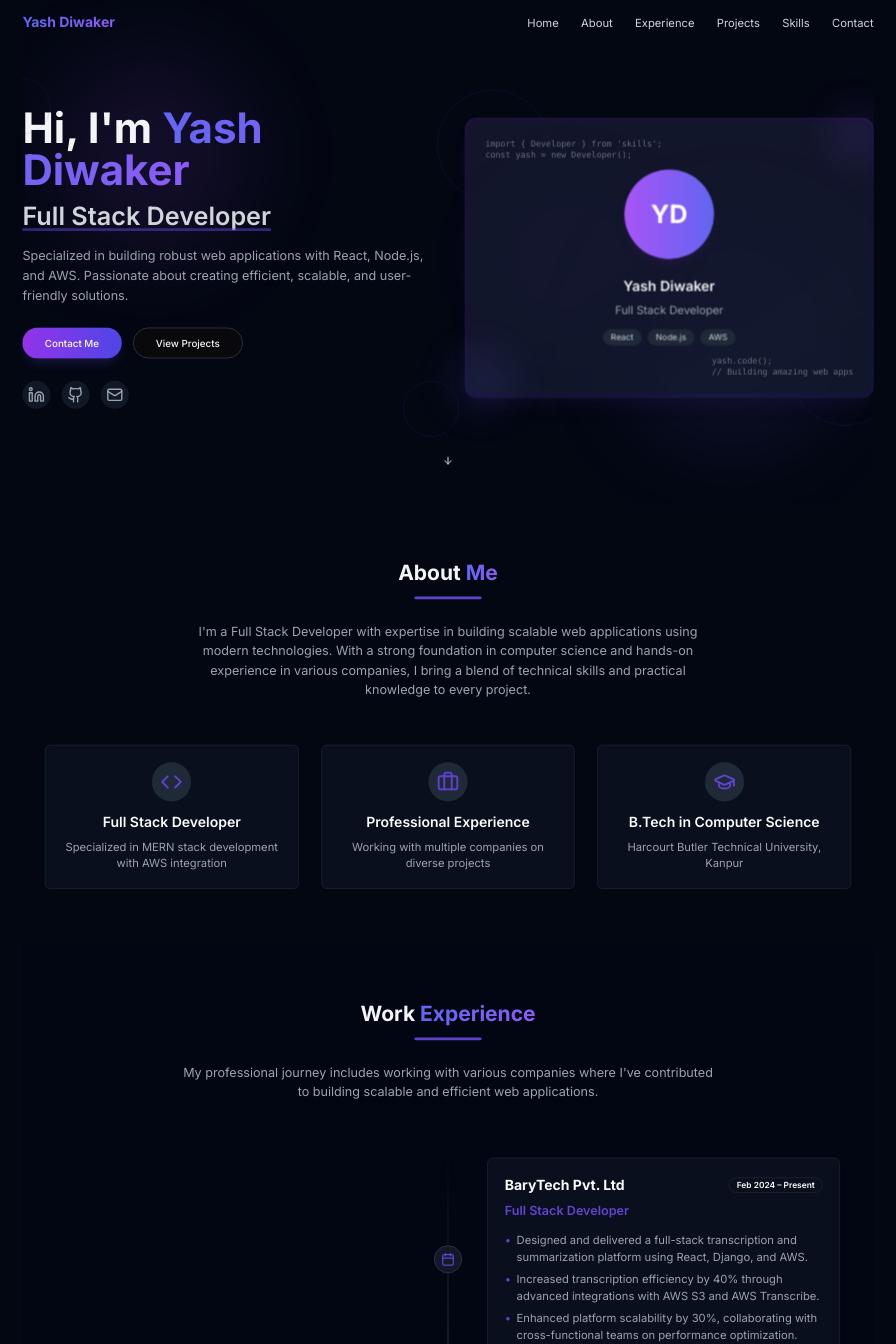
Repository: NoobCoderY/Yash
Page: /
An editor plug-in stored every save of this project. The page is shown before and after the next save, followed by the edit.
The browser window is 1280 px wide. The pictures show the part of the page from y = 0 to 1920 px (the page is 7222 px tall), at 70% of full size.
The project was rebuilt for these pictures with package versions that can differ from the ones it lists, and the page was loaded fresh each time. The framework's server and built-in components were replaced by stand-ins that run in the browser. Also part of the build but not shown: next.config.mjs.

Above is the page before, as saved 2025-04-13 01:55:23.

### app/layout.tsx
import type React from "react"
import "./globals.css"
import type { Metadata } from "next"
import { Inter } from "next/font/google"
import { ThemeProvider } from "@/components/theme-provider"

const inter = Inter({ subsets: ["latin"] })

export const metadata: Metadata = {
  title: "Yash Diwaker | Full Stack Developer",
  description: "Portfolio of Yash Diwaker, Full Stack Developer specializing in MERN stack and AWS",
    generator: 'v0.dev'
}

export default function RootLayout({
  children,
}: Readonly<{
  children: React.ReactNode
}>) {
  return (
    <html lang="en" suppressHydrationWarning>
      <body className={inter.className}>
        <ThemeProvider attribute="class" defaultTheme="dark" enableSystem disableTransitionOnChange>
          {children}
        </ThemeProvider>
      </body>
    </html>
  )
}


import './globals.css'

### app/page.tsx
import Hero from "@/components/hero"
import Navbar from "@/components/navbar"
import About from "@/components/about"
import Experience from "@/components/experience"
import Projects from "@/components/projects"
import Skills from "@/components/skills"
import Contact from "@/components/contact"
import Footer from "@/components/footer"

export default function Home() {
  return (
    <div className="min-h-screen bg-gray-950 text-gray-100">
      <Navbar />
      <main className="container mx-auto px-4 sm:px-6 lg:px-8">
        <Hero />
        <About />
        <Experience />
        <Projects />
        <Skills />
        <Contact />
      </main>
      <Footer />
    </div>
  )
}

### app/globals.css
@tailwind base;
@tailwind components;
@tailwind utilities;

@layer base {
  :root {
    --background: 0 0% 100%;
    --foreground: 240 10% 3.9%;
    --card: 0 0% 100%;
    --card-foreground: 240 10% 3.9%;
    --popover: 0 0% 100%;
    --popover-foreground: 240 10% 3.9%;
    --primary: 252 59% 48%;
    --primary-foreground: 0 0% 98%;
    --secondary: 240 4.8% 95.9%;
    --secondary-foreground: 240 5.9% 10%;
    --muted: 240 4.8% 95.9%;
    --muted-foreground: 240 3.8% 46.1%;
    --accent: 240 4.8% 95.9%;
    --accent-foreground: 240 5.9% 10%;
    --destructive: 0 84.2% 60.2%;
    --destructive-foreground: 0 0% 98%;
    --border: 240 5.9% 90%;
    --input: 240 5.9% 90%;
    --ring: 252 59% 48%;
    --radius: 0.5rem;
  }

  .dark {
    --background: 240 10% 3.9%;
    --foreground: 0 0% 98%;
    --card: 240 10% 3.9%;
    --card-foreground: 0 0% 98%;
    --popover: 240 10% 3.9%;
    --popover-foreground: 0 0% 98%;
    --primary: 252 59% 54%;
    --primary-foreground: 0 0% 98%;
    --secondary: 240 3.7% 15.9%;
    --secondary-foreground: 0 0% 98%;
    --muted: 240 3.7% 15.9%;
    --muted-foreground: 240 5% 64.9%;
    --accent: 240 3.7% 15.9%;
    --accent-foreground: 0 0% 98%;
    --destructive: 0 62.8% 30.6%;
    --destructive-foreground: 0 0% 98%;
    --border: 240 3.7% 15.9%;
    --input: 240 3.7% 15.9%;
    --ring: 252 59% 54%;
  }
}

@layer base {
  * {
    @apply border-border;
  }
  body {
    @apply bg-background text-foreground;
    font-feature-settings: "rlig" 1, "calt" 1;
  }
}

.animate-slide-up {
  animation: slideUp 0.6s ease-out forwards;
  opacity: 0;
}

@keyframes slideUp {
  from {
    transform: translateY(30px);
    opacity: 0;
  }
  to {
    transform: translateY(0);
    opacity: 1;
  }
}

.animate-fade-in {
  animation: fadeIn 0.8s ease-out forwards;
  opacity: 0;
}

@keyframes fadeIn {
  from {
    opacity: 0;
  }
  to {
    opacity: 1;
  }
}

.animate-slide-in-right {
  animation: slideInRight 0.6s ease-out forwards;
  opacity: 0;
}

@keyframes slideInRight {
  from {
    transform: translateX(30px);
    opacity: 0;
  }
  to {
    transform: translateX(0);
    opacity: 1;
  }
}

.animate-pulse-slow {
  animation: pulseSlow 3s infinite;
}

@keyframes pulseSlow {
  0%,
  100% {
    opacity: 1;
  }
  50% {
    opacity: 0.7;
  }
}

.animate-float {
  animation: float 3s ease-in-out infinite;
}

@keyframes float {
  0%,
  100% {
    transform: translateY(0);
  }
  50% {
    transform: translateY(-10px);
  }
}

.gradient-text {
  background: linear-gradient(90deg, #6366f1, #8b5cf6);
  -webkit-background-clip: text;
  -webkit-text-fill-color: transparent;
  background-clip: text;
}

### components/hero.tsx
"use client"

import { Button } from "@/components/ui/button"
import { motion } from "framer-motion"
import { ArrowDown, Github, Linkedin, Mail } from "lucide-react"
import Link from "next/link"

export default function Hero() {
  return (
    <section id="home" className="min-h-screen flex flex-col justify-center pt-16 pb-12 relative overflow-hidden">
      {/* Background elements */}
      <div className="absolute top-20 left-10 w-72 h-72 bg-purple-500/10 rounded-full blur-3xl"></div>
      <div className="absolute bottom-20 right-10 w-80 h-80 bg-indigo-500/10 rounded-full blur-3xl"></div>
      <div className="absolute top-1/3 right-1/4 w-64 h-64 bg-primary/5 rounded-full blur-2xl"></div>

      <div className="grid grid-cols-1 lg:grid-cols-2 gap-12 items-center relative z-10">
        <motion.div
          initial={{ opacity: 0, y: 20 }}
          animate={{ opacity: 1, y: 0 }}
          transition={{ duration: 0.6 }}
          className="relative"
        >
          <div className="absolute -top-10 -left-10 w-20 h-20 border border-primary/20 rounded-full"></div>
          <div className="absolute -bottom-10 -right-10 w-20 h-20 border border-primary/20 rounded-full"></div>

          <h1 className="text-4xl sm:text-5xl md:text-6xl font-bold mb-4">
            Hi, I'm <span className="gradient-text">Yash Diwaker</span>
          </h1>
          <h2 className="text-2xl sm:text-3xl md:text-4xl font-semibold mb-6 text-gray-300">
            <span className="relative">
              Full Stack Developer
              <motion.span
                className="absolute bottom-0 left-0 w-full h-1 bg-primary/50"
                initial={{ width: 0 }}
                animate={{ width: "100%" }}
                transition={{ duration: 1, delay: 0.8 }}
              ></motion.span>
            </span>
          </h2>
          <p className="text-lg text-gray-400 mb-8 max-w-xl">
            Specialized in building robust web applications with React, Node.js, and AWS. Passionate about creating
            efficient, scalable, and user-friendly solutions.
          </p>

          <div className="flex flex-wrap gap-4 mb-8">
            <Link href="#contact">
              <Button
                size="lg"
                className="rounded-full bg-gradient-to-r from-purple-600 to-indigo-600 hover:from-purple-700 hover:to-indigo-700 shadow-lg shadow-primary/20"
              >
                Contact Me
              </Button>
            </Link>
            <Link href="#projects">
              <Button variant="outline" size="lg" className="rounded-full border-gray-700 hover:bg-gray-800/50">
                View Projects
              </Button>
            </Link>
          </div>

          <div className="flex space-x-4">
            <Link
              href="https://linkedin.com/in/yashdiwaker"
              target="_blank"
              rel="noopener noreferrer"
              className="text-gray-400 hover:text-primary transition-colors p-2 bg-gray-800/50 rounded-full hover:bg-gray-800 hover:scale-110 transform transition-transform"
            >
              <Linkedin size={24} />
              <span className="sr-only">LinkedIn</span>
            </Link>
            <Link
              href="https://github.com/NoobCoderY"
              target="_blank"
              rel="noopener noreferrer"
              className="text-gray-400 hover:text-primary transition-colors p-2 bg-gray-800/50 rounded-full hover:bg-gray-800 hover:scale-110 transform transition-transform"
            >
              <Github size={24} />
              <span className="sr-only">GitHub</span>
            </Link>
            <Link
              href="mailto:yashdiwaker74@gmail.com"
              className="text-gray-400 hover:text-primary transition-colors p-2 bg-gray-800/50 rounded-full hover:bg-gray-800 hover:scale-110 transform transition-transform"
            >
              <Mail size={24} />
              <span className="sr-only">Email</span>
            </Link>
          </div>
        </motion.div>

        <motion.div
          initial={{ opacity: 0, scale: 0.9 }}
          animate={{ opacity: 1, scale: 1 }}
          transition={{ duration: 0.6, delay: 0.2 }}
          className="relative hidden lg:block"
        >
          <div className="absolute -top-10 -left-10 w-40 h-40 border border-primary/20 rounded-full animate-pulse-slow"></div>
          <div
            className="absolute -bottom-10 -right-10 w-40 h-40 border border-primary/20 rounded-full animate-pulse-slow"
            style={{ animationDelay: "1s" }}
          ></div>

          <div className="w-full h-[400px] rounded-2xl bg-gradient-to-br from-purple-600/20 to-indigo-600/20 backdrop-blur-sm border border-gray-800 p-1 shadow-xl shadow-purple-900/10">
            <div className="w-full h-full rounded-xl bg-gray-900/80 flex items-center justify-center overflow-hidden relative">
              {/* Decorative code elements */}
              <div className="absolute top-6 left-6 text-xs text-gray-500 font-mono">
                <div>import &#123; Developer &#125; from 'skills';</div>
                <div>const yash = new Developer();</div>
              </div>

              <div className="absolute bottom-6 right-6 text-xs text-gray-500 font-mono">
                <div>yash.code();</div>
                <div>// Building amazing web apps</div>
              </div>

              <div className="animate-float">
                <div className="text-center p-8">
                  <div className="w-32 h-32 mx-auto rounded-full bg-gradient-to-r from-purple-500 to-indigo-500 mb-6 flex items-center justify-center text-4xl font-bold text-white shadow-lg shadow-purple-900/20">
                    YD
                  </div>
                  <h3 className="text-xl font-semibold mb-2">Yash Diwaker</h3>
                  <p className="text-gray-400 mb-4">Full Stack Developer</p>
                  <div className="flex justify-center space-x-2">
                    <span className="px-3 py-1 bg-gray-800 rounded-full text-xs text-gray-300">React</span>
                    <span className="px-3 py-1 bg-gray-800 rounded-full text-xs text-gray-300">Node.js</span>
                    <span className="px-3 py-1 bg-gray-800 rounded-full text-xs text-gray-300">AWS</span>
                  </div>
                </div>
              </div>
            </div>
          </div>

          {/* Decorative elements */}
          <div className="absolute -top-4 -right-4 w-20 h-20 bg-purple-500/10 rounded-full blur-xl"></div>
          <div className="absolute -bottom-6 -left-6 w-24 h-24 bg-indigo-500/10 rounded-full blur-xl"></div>
        </motion.div>
      </div>

      <motion.div
        initial={{ opacity: 0 }}
        animate={{ opacity: 1 }}
        transition={{ delay: 1.2, duration: 1 }}
        className="absolute bottom-8 left-1/2 transform -translate-x-1/2 hidden md:block"
      >
        <Link href="#about">
          <Button variant="ghost" size="icon" className="rounded-full animate-bounce" aria-label="Scroll down">
            <ArrowDown size={20} />
          </Button>
        </Link>
      </motion.div>
    </section>
  )
}

### components/footer.tsx
import Link from "next/link"
import { Github, Linkedin, Mail } from "lucide-react"

export default function Footer() {
  const currentYear = new Date().getFullYear()

  return (
    <footer className="bg-gray-900 py-12 border-t border-gray-800">
      <div className="container mx-auto px-4">
        <div className="flex flex-col md:flex-row justify-between items-center">
          <div className="mb-6 md:mb-0">
            <Link href="#home" className="text-2xl font-bold gradient-text">
              Yash Diwaker
            </Link>
            <p className="text-gray-400 mt-2 max-w-md">
              Full Stack Developer specializing in building exceptional digital experiences.
            </p>
          </div>

          <div className="flex space-x-6">
            <Link
              href="https://linkedin.com/in/yashdiwaker"
              target="_blank"
              rel="noopener noreferrer"
              className="text-gray-400 hover:text-primary transition-colors"
              aria-label="LinkedIn"
            >
              <Linkedin size={24} />
            </Link>
            <Link
              href="https://github.com/NoobCoderY"
              target="_blank"
              rel="noopener noreferrer"
              className="text-gray-400 hover:text-primary transition-colors"
              aria-label="GitHub"
            >
              <Github size={24} />
            </Link>
            <Link
              href="mailto:yashdiwaker74@gmail.com"
              className="text-gray-400 hover:text-primary transition-colors"
              aria-label="Email"
            >
              <Mail size={24} />
            </Link>
          </div>
        </div>

        <div className="border-t border-gray-800 mt-8 pt-8 flex flex-col md:flex-row justify-between items-center">
          <p className="text-gray-500 text-sm">© {currentYear} Yash Diwaker. All rights reserved.</p>
          <div className="mt-4 md:mt-0">
            <ul className="flex space-x-6 text-sm text-gray-500">
              <li>
                <Link href="#home" className="hover:text-primary transition-colors">
                  Home
                </Link>
              </li>
              <li>
                <Link href="#about" className="hover:text-primary transition-colors">
                  About
                </Link>
              </li>
              <li>
                <Link href="#projects" className="hover:text-primary transition-colors">
                  Projects
                </Link>
              </li>
              <li>
                <Link href="#contact" className="hover:text-primary transition-colors">
                  Contact
                </Link>
              </li>
            </ul>
          </div>
        </div>
      </div>
    </footer>
  )
}

### components/ui/button.tsx
import * as React from "react"
import { Slot } from "@radix-ui/react-slot"
import { cva, type VariantProps } from "class-variance-authority"

import { cn } from "@/lib/utils"

const buttonVariants = cva(
  "inline-flex items-center justify-center gap-2 whitespace-nowrap rounded-md text-sm font-medium ring-offset-background transition-colors focus-visible:outline-none focus-visible:ring-2 focus-visible:ring-ring focus-visible:ring-offset-2 disabled:pointer-events-none disabled:opacity-50 [&_svg]:pointer-events-none [&_svg]:size-4 [&_svg]:shrink-0",
  {
    variants: {
      variant: {
        default: "bg-primary text-primary-foreground hover:bg-primary/90",
        destructive:
          "bg-destructive text-destructive-foreground hover:bg-destructive/90",
        outline:
          "border border-input bg-background hover:bg-accent hover:text-accent-foreground",
        secondary:
          "bg-secondary text-secondary-foreground hover:bg-secondary/80",
        ghost: "hover:bg-accent hover:text-accent-foreground",
        link: "text-primary underline-offset-4 hover:underline",
      },
      size: {
        default: "h-10 px-4 py-2",
        sm: "h-9 rounded-md px-3",
        lg: "h-11 rounded-md px-8",
        icon: "h-10 w-10",
      },
    },
    defaultVariants: {
      variant: "default",
      size: "default",
    },
  }
)

export interface ButtonProps
  extends React.ButtonHTMLAttributes<HTMLButtonElement>,
    VariantProps<typeof buttonVariants> {
  asChild?: boolean
}

const Button = React.forwardRef<HTMLButtonElement, ButtonProps>(
  ({ className, variant, size, asChild = false, ...props }, ref) => {
    const Comp = asChild ? Slot : "button"
    return (
      <Comp
        className={cn(buttonVariants({ variant, size, className }))}
        ref={ref}
        {...props}
      />
    )
  }
)
Button.displayName = "Button"

export { Button, buttonVariants }

### components/ui/card.tsx
import * as React from "react"

import { cn } from "@/lib/utils"

const Card = React.forwardRef<
  HTMLDivElement,
  React.HTMLAttributes<HTMLDivElement>
>(({ className, ...props }, ref) => (
  <div
    ref={ref}
    className={cn(
      "rounded-lg border bg-card text-card-foreground shadow-sm",
      className
    )}
    {...props}
  />
))
Card.displayName = "Card"

const CardHeader = React.forwardRef<
  HTMLDivElement,
  React.HTMLAttributes<HTMLDivElement>
>(({ className, ...props }, ref) => (
  <div
    ref={ref}
    className={cn("flex flex-col space-y-1.5 p-6", className)}
    {...props}
  />
))
CardHeader.displayName = "CardHeader"

const CardTitle = React.forwardRef<
  HTMLDivElement,
  React.HTMLAttributes<HTMLDivElement>
>(({ className, ...props }, ref) => (
  <div
    ref={ref}
    className={cn(
      "text-2xl font-semibold leading-none tracking-tight",
      className
    )}
    {...props}
  />
))
CardTitle.displayName = "CardTitle"

const CardDescription = React.forwardRef<
  HTMLDivElement,
  React.HTMLAttributes<HTMLDivElement>
>(({ className, ...props }, ref) => (
  <div
    ref={ref}
    className={cn("text-sm text-muted-foreground", className)}
    {...props}
  />
))
CardDescription.displayName = "CardDescription"

const CardContent = React.forwardRef<
  HTMLDivElement,
  React.HTMLAttributes<HTMLDivElement>
>(({ className, ...props }, ref) => (
  <div ref={ref} className={cn("p-6 pt-0", className)} {...props} />
))
CardContent.displayName = "CardContent"

const CardFooter = React.forwardRef<
  HTMLDivElement,
  React.HTMLAttributes<HTMLDivElement>
>(({ className, ...props }, ref) => (
  <div
    ref={ref}
    className={cn("flex items-center p-6 pt-0", className)}
    {...props}
  />
))
CardFooter.displayName = "CardFooter"

export { Card, CardHeader, CardFooter, CardTitle, CardDescription, CardContent }

### components/ui/badge.tsx
import * as React from "react"
import { cva, type VariantProps } from "class-variance-authority"

import { cn } from "@/lib/utils"

const badgeVariants = cva(
  "inline-flex items-center rounded-full border px-2.5 py-0.5 text-xs font-semibold transition-colors focus:outline-none focus:ring-2 focus:ring-ring focus:ring-offset-2",
  {
    variants: {
      variant: {
        default:
          "border-transparent bg-primary text-primary-foreground hover:bg-primary/80",
        secondary:
          "border-transparent bg-secondary text-secondary-foreground hover:bg-secondary/80",
        destructive:
          "border-transparent bg-destructive text-destructive-foreground hover:bg-destructive/80",
        outline: "text-foreground",
      },
    },
    defaultVariants: {
      variant: "default",
    },
  }
)

export interface BadgeProps
  extends React.HTMLAttributes<HTMLDivElement>,
    VariantProps<typeof badgeVariants> {}

function Badge({ className, variant, ...props }: BadgeProps) {
  return (
    <div className={cn(badgeVariants({ variant }), className)} {...props} />
  )
}

export { Badge, badgeVariants }

### components/ui/input.tsx
import * as React from "react"

import { cn } from "@/lib/utils"

const Input = React.forwardRef<HTMLInputElement, React.ComponentProps<"input">>(
  ({ className, type, ...props }, ref) => {
    return (
      <input
        type={type}
        className={cn(
          "flex h-10 w-full rounded-md border border-input bg-background px-3 py-2 text-base ring-offset-background file:border-0 file:bg-transparent file:text-sm file:font-medium file:text-foreground placeholder:text-muted-foreground focus-visible:outline-none focus-visible:ring-2 focus-visible:ring-ring focus-visible:ring-offset-2 disabled:cursor-not-allowed disabled:opacity-50 md:text-sm",
          className
        )}
        ref={ref}
        {...props}
      />
    )
  }
)
Input.displayName = "Input"

export { Input }

Loaded but not shown: components/theme-provider.tsx (common file); components/ui/textarea.tsx (common file); lib/utils.ts (common file); tailwind.config.ts (common file); components/projects.tsx (243 lines, source omitted); components/contact.tsx (185 lines, source omitted); components/experience.tsx (114 lines, source omitted); components/skills.tsx (111 lines, source omitted); components/navbar.tsx (107 lines, source omitted); components/about.tsx (86 lines, source omitted)

After the next save:
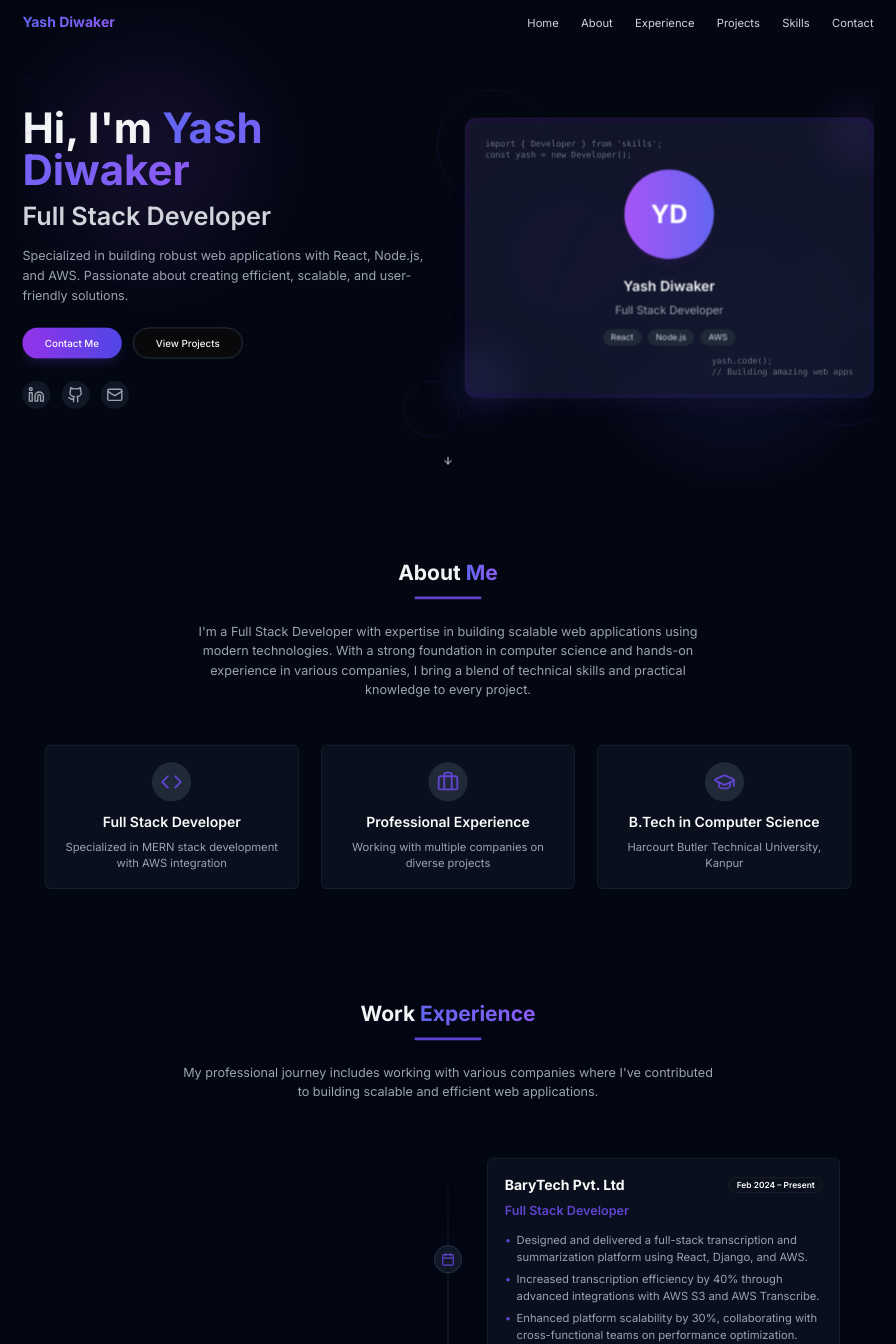
Saved 70 s later.
--- a/components/hero.tsx
+++ b/components/hero.tsx
@@ -29,12 +29,7 @@ export default function Hero() {
           <h2 className="text-2xl sm:text-3xl md:text-4xl font-semibold mb-6 text-gray-300">
             <span className="relative">
               Full Stack Developer
-              <motion.span
-                className="absolute bottom-0 left-0 w-full h-1 bg-primary/50"
-                initial={{ width: 0 }}
-                animate={{ width: "100%" }}
-                transition={{ duration: 1, delay: 0.8 }}
-              ></motion.span>
+
             </span>
           </h2>
           <p className="text-lg text-gray-400 mb-8 max-w-xl">
